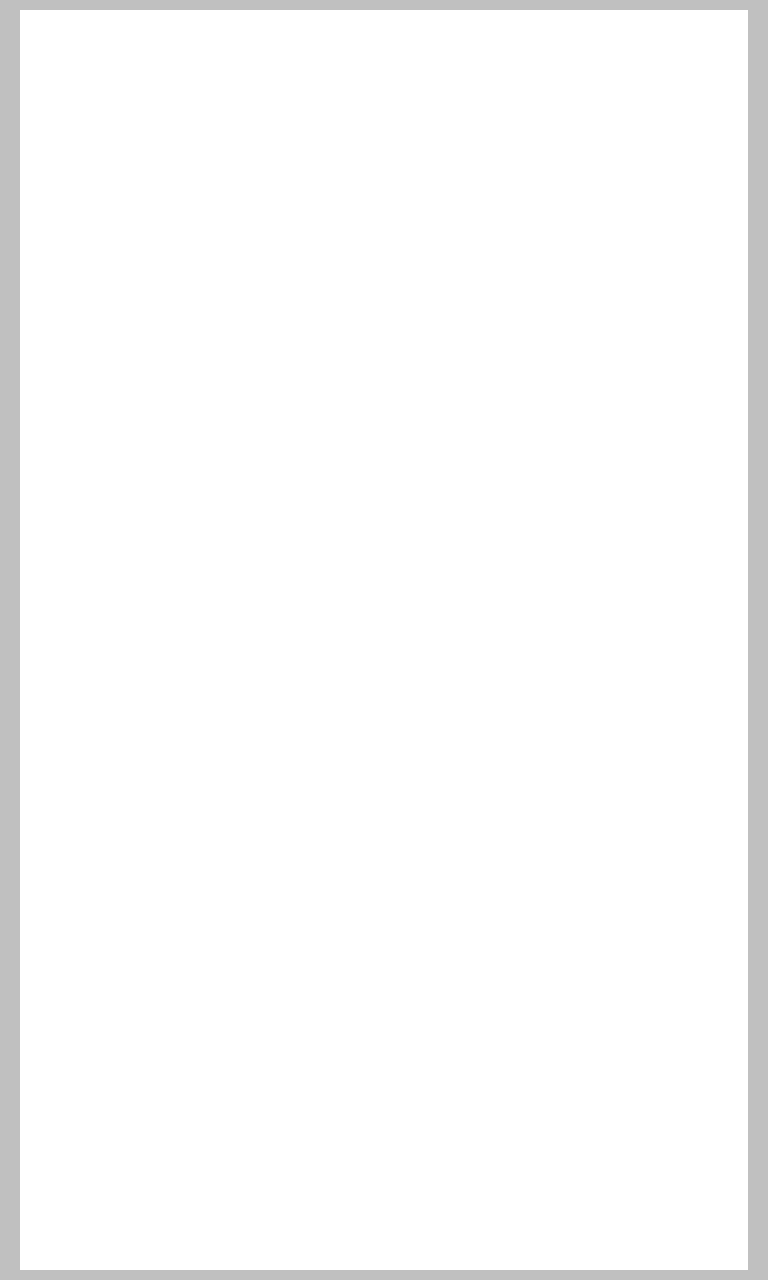
Repository: ShelfLifeApp/ShelfLife-Android
Layout: Implementation/ShelfLifeAndroid/res/layout/listitem_food.xml
The author's editor kept a copy of each file at every save. The layout is drawn from the files as they stood at one save, then again after the next save.
It is drawn on a 768 x 1280 px phone screen (xhdpi) without system bars, with theme Theme.Sherlock.Light; the app's code is not run.

Above is the layout before, as saved 2013-05-10 06:06:44.

### Implementation/ShelfLifeAndroid/res/layout/listitem_food.xml
<?xml version="1.0" encoding="utf-8"?>
<RelativeLayout xmlns:android="http://schemas.android.com/apk/res/android"
    android:layout_width="match_parent"
    android:layout_height="match_parent"
    android:orientation="vertical"
    android:background="@color/listitem_background"
    android:paddingLeft = "10dp"
    android:paddingRight="10dp"
    android:paddingTop="5dp"
    android:paddingBottom="5dp">

    <RelativeLayout
        android:layout_height="match_parent"
        android:layout_width="match_parent"
        android:padding="10dp"
        android:background="@color/listitem_background_content">

		<ImageView
		    android:id="@+id/listitem_food_icon"
		    android:layout_width="wrap_content"
		    android:layout_height="wrap_content"
		    android:layout_centerVertical="true"
		/>

		<TextView
		    android:id="@+id/listitem_food_name"
		    android:layout_width="wrap_content"
		    android:layout_height="wrap_content"
		    android:layout_marginLeft="20dip"
		    android:layout_toRightOf="@id/listitem_food_icon"
		    android:layout_centerVertical="true"
		/>

    </RelativeLayout>



</RelativeLayout>

### Implementation/ShelfLifeAndroid/res/values/colors.xml
<?xml version="1.0" encoding="utf-8"?>
<resources>

    <color name="listitem_background_content">#FFFFFF</color>
    <color name="listitem_background">#C0C0C0</color>

</resources>

After the next save:
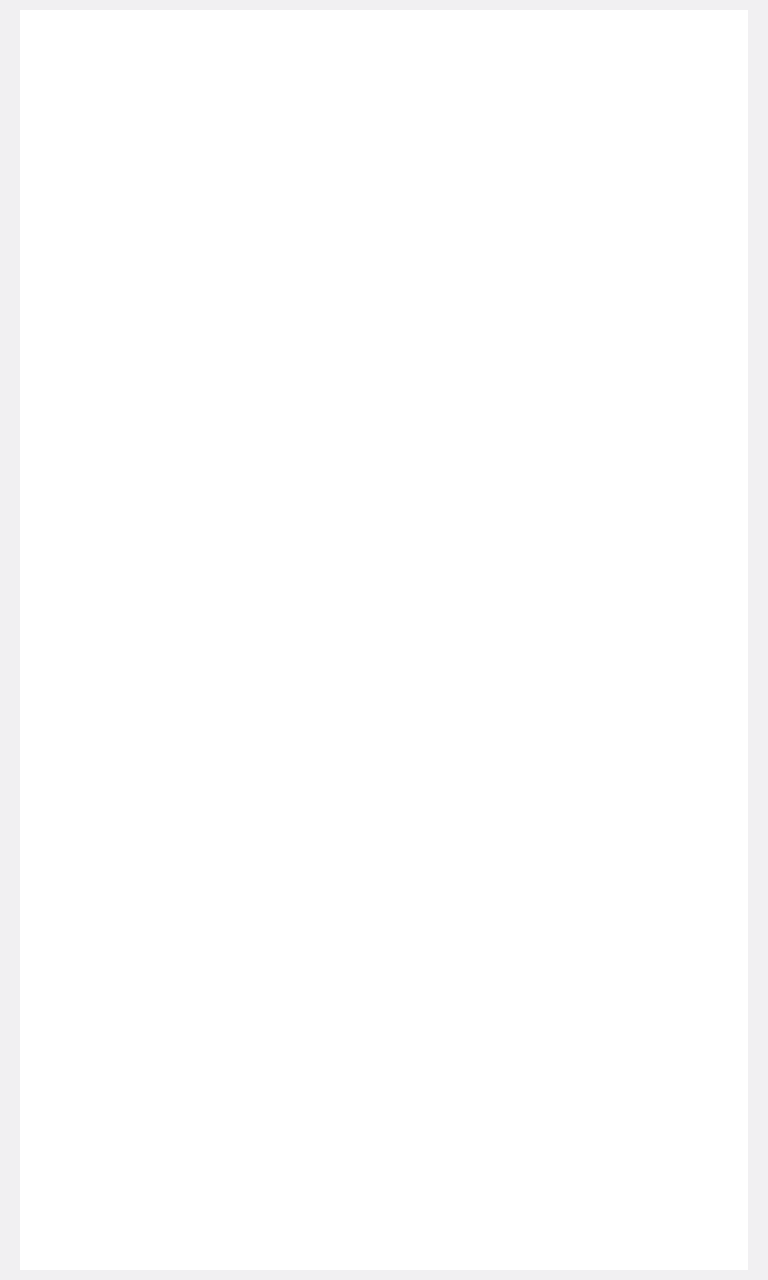
Saved 7 min 51 s later.
--- a/Implementation/ShelfLifeAndroid/res/values/colors.xml
+++ b/Implementation/ShelfLifeAndroid/res/values/colors.xml
@@ -2,6 +2,6 @@
 <resources>
 
     <color name="listitem_background_content">#FFFFFF</color>
-    <color name="listitem_background">#C0C0C0</color>
+    <color name="listitem_background">#f1f0f2</color>
 
 </resources>
